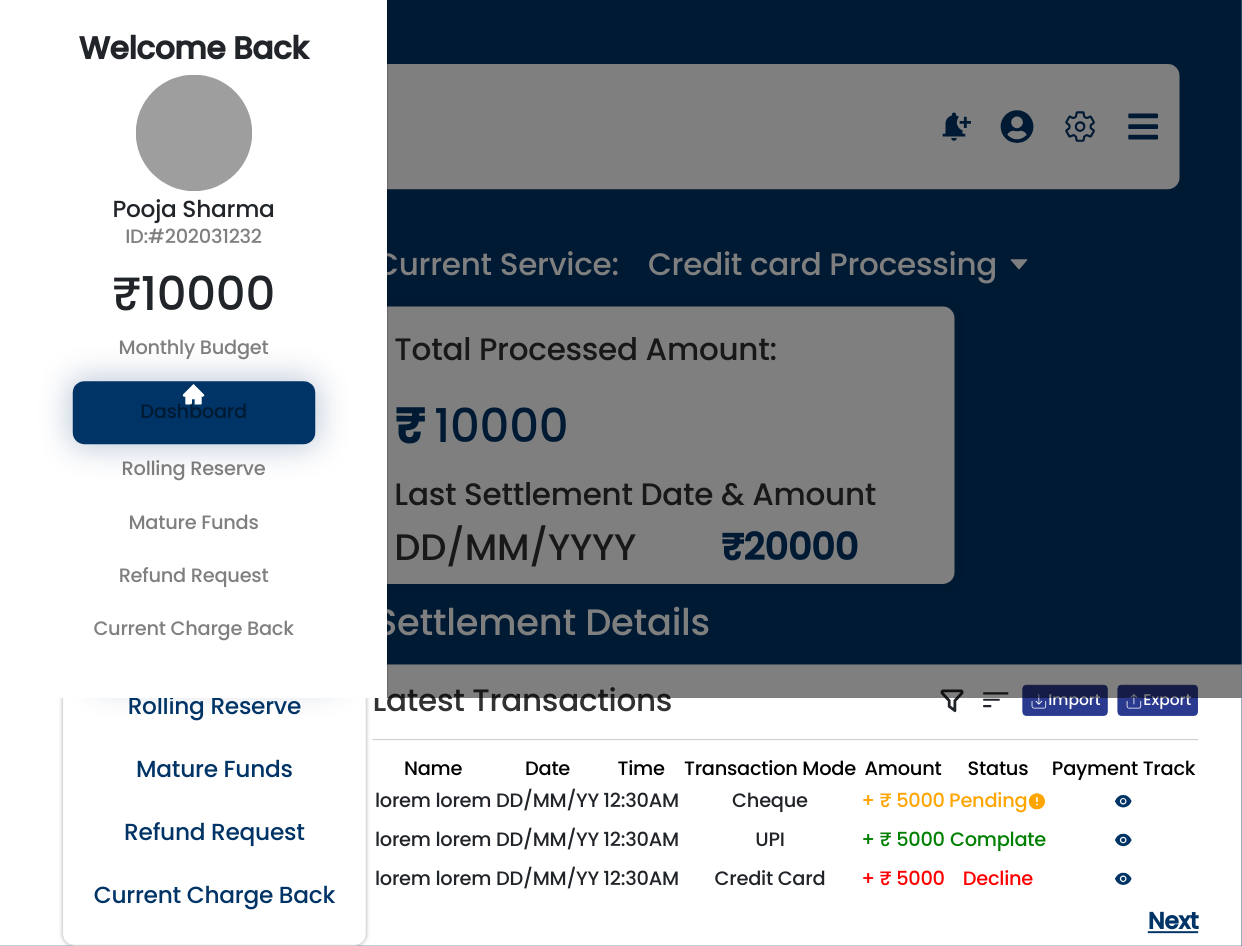
Repository: FlyweisReact/Prashant
Page: /dashboard, after clicking the first element matching `svg.bars`
An editor plug-in stored every save of this project. The page is shown before and after the next save, followed by the edit.
The browser window is 1280 px wide. The pictures show the whole page, at 97% of full size.
Pictures or frames that could not be fetched are drawn as grey boxes. Some web libraries are served in a nearby version. The project was rebuilt for these pictures with package versions that can differ from the ones it lists, and the page was loaded fresh each time. Also part of the build but not shown: src/Pages/CryptoPayment.jsx, src/Pages/CurrentCharge.jsx, src/Styles/Login.module.css, src/Components/Login/LoginFirstSection.jsx, src/Components/Login/LoginMainSection.jsx, src/Pages/Login.jsx, src/Pages/MatureFund.jsx, src/Pages/OpenBanking.jsx and 12 more.

Above is the page before, as saved 2023-03-23 18:08:06.

### public/index.html
<!DOCTYPE html>
<html lang="en">
  <head>
    <meta charset="utf-8" />
    <link rel="icon" href="%PUBLIC_URL%/favicon.ico" />
    <meta name="viewport" content="width=device-width, initial-scale=1" />
    <meta name="theme-color" content="#000000" />
    <meta
      name="description"
      content="Web site created using create-react-app"
    />
    <link rel="apple-touch-icon" href="%PUBLIC_URL%/logo192.png" />
    <link rel="manifest" href="%PUBLIC_URL%/manifest.json" />
    <title>React App</title>
  </head>
  <body>
    <noscript>You need to enable JavaScript to run this app.</noscript>
    <div id="root"></div>
  </body>
  <style>
    @import url("https://fonts.googleapis.com/css2?family=Lilita+One&family=PT+Sans&family=Poppins:wght@500&display=swap");
  </style>
  <script src="https://kit.fontawesome.com/b533b351e4.js" crossorigin="anonymous"></script>
</html>

### src/App.css
/** @format */

.App {
  text-align: center;
}

.App-logo {
  height: 40vmin;
  pointer-events: none;
}
.font-poppins {
  font-family: "Poppins";
}

@media (prefers-reduced-motion: no-preference) {
  .App-logo {
    animation: App-logo-spin infinite 20s linear;
  }
}

.App-header {
  background-color: #282c34;
  min-height: 100vh;
  display: flex;
  flex-direction: column;
  align-items: center;
  justify-content: center;
  font-size: calc(10px + 2vmin);
  color: white;
}

.App-link {
  color: #61dafb;
}

@keyframes App-logo-spin {
  from {
    transform: rotate(0deg);
  }
  to {
    transform: rotate(360deg);
  }
}


/* Normal Css */
.NotificationModal .NotificationModalFirst{
    margin-top: 5px;
    display: flex;
    align-items: center;
    justify-content: space-between;
}
 .NotificationModal .NotificationModalFirst h1{
font-family: 'Poppins';
font-style: normal;
font-weight: 500;
font-size: 24px;
line-height: 18px;
letter-spacing: -0.28px;
color: #000000;
}

.NotificationModal .close {
  position: relative;
  width: 100%;
  height: 40px;
}
.NotificationModal .fa-x{
  position: absolute;
  right: 0px;
  font-size: 22px;
  cursor: pointer;
}
.NotificationModal p{
  font-family: 'Poppins';
  font-style: normal;
  font-weight: 500;
  font-size: 20px;
  line-height: 18px;
  letter-spacing: -0.28px;
  color: #000000;
}

.NotificationModal .NotificationDiv div h1{
  font-family: 'Poppins';
font-style: normal;
font-weight: 400;
font-size: 16px;
line-height: 18px;
letter-spacing: -0.28px;
width: 70%;
}
.NotificationModal .NotificationDiv div p{
  font-family: 'Poppins';
font-style: normal;
font-weight: 300;
font-size: 10px;
line-height: 18px;
letter-spacing: -0.28px;

color: rgba(0, 0, 0, 0.5);
}
.NotificationModal .NotificationDiv div div{
  display: flex;
  justify-content: space-between;
  align-items: center;
}
.NotificationModal .NotificationDiv div div p{
  font-family: 'Poppins';
font-style: normal;
font-weight: 400;
font-size: 12px;
line-height: 18px;
letter-spacing: -0.28px;
margin: 0;
color: rgba(0, 0, 0, 0.5);
}
.NotificationModal .Time{
  font-family: 'Poppins';
  font-style: normal;
  font-weight: 400;
  font-size: 12px;
  line-height: 18px;
  letter-spacing: -0.28px;
  color:  #003466;
}

.NotificationModal .NotificationDiv{
  display: flex;
align-items: center;
gap: 20px;
}
.NotificationModal .NotificationDiv div img{
  width: 60px;
height: 60px;
border-radius: 50%;
}

.modal.fade .modal-dialog .modal-content{
  border-radius: 0px;
}

/* .bars{
  display: none;
} */




.offSideBarMain {
padding: 10px;
text-align: center;
}
.offSideBarMain  h1{
  text-align: center;
  font-family: 'Poppins';
font-style: normal;
font-weight: 700;
font-size: 32px;
margin-top: 5px;
letter-spacing: -0.28px;
}
.offSideBarMain  div{
  width: 100%;
}
.offSideBarMain  div div{
  text-align: center;
}
.offSideBarMain .upper img{
  width: 120px;
height: 120px;
  border-radius: 50%;
}
.offSideBarMain  div div h1{
  font-family: 'Poppins';
font-style: normal;
font-weight: 500;
font-size: 24px;
letter-spacing: -0.28px;
}
.offSideBarMain  div div p{
  font-family: 'Poppins';
font-style: normal;
margin-top: -10px;
font-weight: 300;
font-size: 20px;
line-height: 30px;
letter-spacing: -0.28px;
color: rgba(0, 0, 0, 0.5);
}
.offSideBarMain .TotalBudgetDiv{
  display: flex;
  align-items: center;
  gap: 20px;
  margin: 15px;
}


.offSideBarMain .LinkBox{
  /* display: flex; */
  /* flex-direction: column; */
  text-align: center;
  margin-top: 20px;
}
.offSideBarMain .LinkBox a{
  text-decoration: none;
}
.offSideBarMain .active{
  width: 250px;
  height: 65px;
  padding-left: 10px;
  padding-right: 10px;
  background: #003466;
  box-shadow: 0px 0px 32px 4px rgba(0, 52, 102, 0.25);
  border-radius: 12px;
  display: flex;
  color: white !important;
  justify-content: center;
  align-items: center;
  gap: 5px;
  display: block;
  margin: auto;
  margin-top: 20px;
  margin-bottom: 20px;
}

.offSideBarMain .ruppes{
  text-align: center;
  font-size: 48px;
  margin-bottom: 20px;
}
.offSideBarMain .unactive{
  margin-top: 20px;
  width: 250px;
  height: 65px;
  display: flex;
  display: block;
  margin: auto;
  color:#003466;
  justify-content: center;
  align-items: center;
  gap: 5px;
}
.offSideBarMain .unactive,.active p{
  font-family: 'Poppins';
font-style: normal;
font-weight: 500;
font-size: 24px;
line-height: 36px;
letter-spacing: -0.28px;
}











/* Media Query */
@media (max-width: 780px) {
  .Login_MainDiv__AWrd2 {
    display: block !important;
  }
  .Login_MainDiv__AWrd2 > div {
    width: 100% !important;
    height: 700px !important;
  }
  .Login_LoginMainSection__Yyq5T > div {
    width: 100% !important;
    border-radius: 0px !important;
    box-shadow: none !important;
  }

  .Register_RegisterMainDiv__Hok-C {
    display: block !important;
    width: 100% !important;
  }

  .Register_RegisterFirstSection__0bCb6 > p {
    text-align: center;
    display: block;
    width: 500px;
  }

  .myHr {
    max-width: 400px !important;
    margin: auto !important;
    display: block !important;
  }
  .smallImage {
    width: 100% !important;
  }
  .Register_RegisterMainDiv__Hok-C > div:first-child {
    width: 100% !important;
  }
  .Register_RegisterMainDiv__Hok-C > div:last-child {
    width: 100% !important;
  }
  .Register_InputBoxMain__6Dvtf {
    margin-left: 60px;
  }

  .Register_RegisterTitle__dGsqQ {
    justify-content: center;
  }

  .RegisterTwo_RegisterMainDiv__Oc9\+U {
    display: block !important;
  }
  .RegisterTwo_RegisterMainDiv__Oc9\+U > div:first-child {
    width: 100% !important;
  }

  .RegisterTwo_RegisterMainDiv__Oc9\+U > div:last-child {
    width: 100% !important;
  }

    .bars{
      display: block;
    }
}

### src/Routes/AllRoutes.jsx
import React from "react";
import { Route, Routes } from "react-router-dom";
import { CryptoPayment } from "../Pages/CryptoPayment";
import { CurrentCharge } from "../Pages/CurrentCharge";
import { Dashboard } from "../Pages/Dashboard";
import { Login } from "../Pages/Login";
import { MatureFund } from "../Pages/MatureFund";
import { OpenBanking } from "../Pages/OpenBanking";
import { OtpPage } from "../Pages/OtpPage";
import { Profile } from "../Pages/Profile";
import { RefundRequest } from "../Pages/RefundRequest";
import { Register } from "../Pages/Register";
import { RegisterTwo } from "../Pages/RegisterTwo";
import { RollingReserve } from "../Pages/RollingReserve";

export const AllRoutes = () => {
  return (
    <Routes>
      <Route path="/" element={<Login />} />
      <Route path="/verify-otp" element={<OtpPage />} />
      <Route path="/dashboard" element={<Dashboard />} />
      <Route path="/register" element={<Register />} />
      <Route path="/detail-register" element={<RegisterTwo />} />
      <Route path="/profile" element={<Profile />} />
      <Route path="/rolling-reserve" element={<RollingReserve />} />
      <Route path="/mature-fund" element={<MatureFund />} />
      <Route path="/refund-request" element={<RefundRequest />} />
      <Route path="/current-charge" element={<CurrentCharge />} />
      <Route path="open-banking-service" element={<OpenBanking />} />
      <Route path="/crypto-payment-proccessing" element={<CryptoPayment />} />
    </Routes>
  );
};

### src/Components/SideBar.jsx
import React from "react";
import { AiFillHome } from "react-icons/ai";
import { Link, useLocation } from "react-router-dom";
import styles from "../Styles/SideBar.module.css";
export const SideBar = () => {
  const { pathname } = useLocation();
  return (
    <div className={styles.SideBarMain}>
      <h1>Welcome Back</h1>
      <div>
        <div>
          <img
            src="https://th.bing.com/th/id/OIP.2i5UaEHaQM3PYAYXQyM1AAAAAA?pid=ImgDet&rs=1"
            alt="img"
          />
          <h1>Pooja Sharma</h1>
          <p>ID:#202031232</p>
          <div className={styles.TotalBudgetDiv}>
            <h1>&#x20b9;</h1>
            <h1>10000</h1>
          </div>
          <p>Monthly Budget</p>
        </div>
      </div>
      <div className={styles.LinkBox}>
        <Link to={"/dashboard"}>
          <div
            className={
              pathname === "/dashboard" ? styles.active : styles.unactive
            }
          >
            <AiFillHome size={25} />
            <p>Dashboard</p>
          </div>
        </Link>
        <Link to={"/rolling-reserve"}>
          <div
            className={
              pathname === "/rolling-reserve" ? styles.active : styles.unactive
            }
          >
            <p>Rolling Reserve</p>
          </div>
        </Link>
        <Link to={"/mature-fund"}>
          <div
            className={
              pathname === "/mature-fund" ? styles.active : styles.unactive
            }
          >
            <p>Mature Funds</p>
          </div>
        </Link>
        <Link to={"/refund-request"}>
          <div
            className={
              pathname === "/refund-request" ? styles.active : styles.unactive
            }
          >
            <p>Refund Request</p>
          </div>
        </Link>
        <Link to={"/current-charge"}>
          <div
            className={
              pathname === "/current-charge" ? styles.active : styles.unactive
            }
          >
            <p>Current Charge Back</p>
          </div>
        </Link>
      </div>
    </div>
  );
};

### src/Components/TotalAmountSection.jsx
import React from "react";
import styles from "../Styles/TotalAmountSection.module.css";
export const TotalAmountSection = () => {
  return (
    <div className={styles.MainDiv}>
      <h1>Total Processed Amount:</h1>
      <div className={styles.TotalBudgetDiv}>
        <h1>&#x20b9;</h1>
        <h1>10000</h1>
      </div>
      <h1>Last Settlement Date & Amount</h1>
      <div className={styles.DateSection}>
        <div>
          <p>DD/MM/YYYY</p>
          <h2>&#x20b9;{20000}</h2>
        </div>
      </div>
    </div>
  );
};

### src/Components/CardProccessingModal.jsx
import React from "react";
import { MdOutlineClose } from "react-icons/md";
import { Link } from "react-router-dom";
import styles from "../Styles/CardProccessingModal.module.css";
export const CardProccessingModal = ({ OpenModal, HandleModal }) => {
  console.log(OpenModal);
  return (
    <div className={OpenModal ? styles.modalVisible : styles.modal}>
      <div className={styles.ModalMainDiv}>
        <MdOutlineClose
          onClick={() => HandleModal()}
          size={25}
          className={styles.CloseICon}
        />
        <div>
          <Link to={""}>Credit Card Processing</Link>
          <hr />
          <Link to={"/open-banking-service"}>Open Banking Service</Link>
          <hr />
          <Link to={"/crypto-payment-proccessing"}>
            Crypto payment processing
          </Link>
        </div>
      </div>
    </div>
  );
};

### src/Components/DeclineModal.jsx
import React from "react";
import { MdOutlineClose } from "react-icons/md";
import styles from "../Styles/DeclineModal.module.css";
import { IoMdCheckmarkCircle } from "react-icons/io";
import { RiErrorWarningFill } from "react-icons/ri";
import { BsCircleFill } from "react-icons/bs";
export const DeclineModal = ({ OpenModal, HandleModal }) => {
  return (
    <div className={OpenModal ? styles.modalVisible : styles.modal}>
      <div className={styles.ModalMainDiv}>
        <MdOutlineClose
          onClick={() => HandleModal()}
          size={25}
          className={styles.CloseICon}
        />
        <div>
          <h1>Payment Details</h1>
          <hr style={{ height: "4px", background: "white" }} />
          <div className={styles.paymentDetailMainDiv}>
            <div className={styles.PaymentDetails}>
              <div>
                <p>Transaction ID:</p>
                <p>545454545</p>
              </div>
              <div>
                <p>To:</p>
                <p>Loren loren Epsom ( Company Name)</p>
              </div>
              <div>
                <p>From:</p>
                <p>Loren loren Epsom (Merchant Company)</p>
              </div>
              <div>
                <p>Transaction Mode:</p>
                <p>Card</p>
              </div>
            </div>
            <div className={styles.paymentTimeline}>
              <p>Payment Timeline</p>
              <div>
                <div className={styles.VerticalLine}></div>
                <div className={styles.PaymentStatus}>
                  <IoMdCheckmarkCircle
                    size={25}
                    className={styles.Icons}
                    color="green"
                  />
                  <p>Payment Started</p>
                </div>
                <div className={styles.PaymentStatus}>
                  <RiErrorWarningFill
                    size={25}
                    className={styles.Icons}
                    color="red"
                  />
                  <p>Payment Failed To complete</p>
                </div>
                <div className={styles.PaymentStatus}>
                  <BsCircleFill
                    size={25}
                    className={styles.Icons}
                    color="white"
                  />
                  <p>Payment Successful</p>
                </div>
              </div>
              <hr />
              <div className={styles.ReasonsDiv}>
                <p>Reason:</p>
                <p> Account Coded (Credit Rating) </p>
              </div>
              <div className={styles.ReasonsDiv}>
                <p>Code:</p>
                <p> 505 </p>
              </div>
              <div className={styles.ReasonsDiv}>
                <p>Description:</p>
                <p>
                  {" "}
                  The account the customer used for the attempted transaction
                  has a negative credit rating.{" "}
                </p>
              </div>
            </div>
          </div>
        </div>
      </div>
    </div>
  );
};

### src/Styles/SideBar.module.css
.SideBarMain{
    position: absolute;
    width: 314px;
/* height: 789px; */
left: 25%px;
top: 35%;
background: #FFFFFF;
border: 1px solid #D9D9D9;
box-shadow: 0px 0px 4px rgba(0, 0, 0, 0.25);
border-radius: 12px;
padding: 10px;
}
.SideBarMain>h1{
    text-align: center;
    font-family: 'Poppins';
font-style: normal;
font-weight: 700;
font-size: 32px;
margin-top: 5px;
letter-spacing: -0.28px;
}
.SideBarMain>div{
    width: 100%;
    display: flex;
    align-items: center;
    justify-content: center;
}
.SideBarMain>div>div{
    text-align: center;
}
.SideBarMain>div>div>img{
    width: 120px;
height: 121px;
    border-radius: 50%;
}
.SideBarMain>div>div>h1{
    font-family: 'Poppins';
font-style: normal;
font-weight: 500;
font-size: 24px;
letter-spacing: -0.28px;
}
.SideBarMain>div>div>p{
    font-family: 'Poppins';
font-style: normal;
margin-top: -10px;
font-weight: 300;
font-size: 20px;
line-height: 30px;
letter-spacing: -0.28px;
color: rgba(0, 0, 0, 0.5);
}
.TotalBudgetDiv{
    display: flex;
    align-items: center;
    gap: 20px;
    margin: 15px;
}
.TotalBudgetDiv>h1:first-child{
    font-family: 'Poppins';
font-style: normal;
font-weight: 700;
font-size: 48px;
line-height: 72px;
letter-spacing: -0.28px;
}
.TotalBudgetDiv>h1{
    font-family: 'Poppins';
    font-style: normal;
    font-weight: 500;
    font-size: 48px;
    line-height: 72px;
    margin: 0;
    letter-spacing: -0.28px;
}
.LinkBox{
    display: flex;
    flex-direction: column;
    margin-top: 20px;
}
.LinkBox>a{
    text-decoration: none;
}
.active{
    width: 250px;
    height: 65px;
    padding-left: 10px;
    padding-right: 10px;
    background: #003466;
    box-shadow: 0px 0px 32px 4px rgba(0, 52, 102, 0.25);
    border-radius: 12px;
    display: flex;
    color: white;
    justify-content: center;
    align-items: center;
    gap: 5px;

}
.unactive{
    width: 250px;
    height: 65px;
    display: flex;

    color:#003466;
    justify-content: center;
    align-items: center;
    gap: 5px;
}
.unactive,.active >p{
    font-family: 'Poppins';
font-style: normal;
font-weight: 500;
font-size: 24px;
line-height: 36px;
letter-spacing: -0.28px;
}

### src/Styles/TotalAmountSection.module.css
.MainDiv{
    display:flex;
    flex-direction: column;
    margin-top: 20px;
    width: 72%;
height: 286px;
background: #FFFFFF;
box-shadow: 0px 0px 10px rgba(0, 52, 102, 0.3);
border-radius: 12px;
}
.MainDiv>h1{
    font-family: 'Poppins';
    font-style: normal;
    font-weight: 500;
    font-size: 32px;
    line-height: 48px;
    letter-spacing: -0.28px;
    color: #333131;
    margin: 20px;
}
.TotalBudgetDiv{
    display: flex;
    align-items: center;
    gap: 30px;
    margin-left: 20px;
  margin-top: -30px;
  margin-bottom: -40px;
}
.TotalBudgetDiv>h1:first-child{
    font-family: 'Poppins';
font-style: normal;
font-weight: 700;
margin: 0;
font-size: 50px;
line-height: 72px;
letter-spacing: -0.28px;
color: #003466;
}
.TotalBudgetDiv>h1{
    font-family: 'Poppins';
    font-style: normal;
    font-weight: 500;
    font-size: 48px;
    line-height: 72px;
    margin: 0;
    letter-spacing: -0.28px;
    color: #003466;
}
.DateSection>div{
    width: 80%;
    margin-top: -50px;
    /* background-color: rebeccapurple; */
    display: flex;
    justify-content: space-between;
    align-items: center;
    margin-left: 20px;
}
.DateSection>div>p{
   font-family: 'Poppins';
font-style: normal;
font-weight: 500;
font-size: 38px;
line-height: 60px;
/* identical to box height */
margin: 0;
letter-spacing: -0.28px;
color: #333131;
}
.DateSection>div>h2{
    margin: 0;
    font-family: 'Poppins';
font-style: normal;
font-weight: 600;
font-size: 38px;
line-height: 60px;
letter-spacing: -0.28px;
color: #003466;
}

### src/Styles/CardProccessingModal.module.css
.modal{
    display: none;
  position: fixed;
  z-index: 1;
  left: 0%;
  top: 0;
  width: 100%;
  height: 100%;
  overflow: auto;
  background-color: rgb(0,0,0);
  background-color: rgba(0,0,0,0.4);
}
.modalVisible{
    display :block;
    position: fixed;
    z-index: 1;
    left: 0%;
    top: 0;
    width: 100%;
    height: 100%;
    /* margin-bottom: 20px; */
    overflow: auto;
    background-color: rgb(0,0,0);
    background-color: rgba(0,0,0,0.4);
}
.CloseICon{
    position: absolute;
    right: 3%;
    top: 5%;
    cursor: pointer;
}
.MainTitle{
    display: flex;
    border: 1px solid blue;
}
.ModalMainDiv{
    position:absolute;
    margin: auto;
    /* width: 435px; */
height: 221px;
background: #FFFFFF;
border-radius: 4px;

    top: 38%;
    left: 60%;

}
.ModalMainDiv>div{
    margin: 30px;
}
.ModalMainDiv>div>a{
    text-decoration: none;
    height: 50px;
    font-family: 'Poppins';
font-style: normal;
font-weight: 500;
font-size: 32px;
line-height: 40px;
letter-spacing: -0.28px;

color: #333333;
}

Loaded but not shown: src/index.css (common file); src/reportWebVitals.js (common file); src/index.js (18 lines, source omitted); src/App.js (13 lines, source omitted); src/Components/Dashboard/UserInfoPopUp.jsx (216 lines, source omitted); src/Pages/Dashboard.jsx (184 lines, source omitted); src/Styles/Dashboard.module.css (205 lines, source omitted); src/Components/PaymentPendingModal.jsx (96 lines, source omitted); src/Styles/PaymentPendingModal.module.css (195 lines, source omitted); src/Styles/DeclineModal.module.css (195 lines, source omitted)

After the next save:
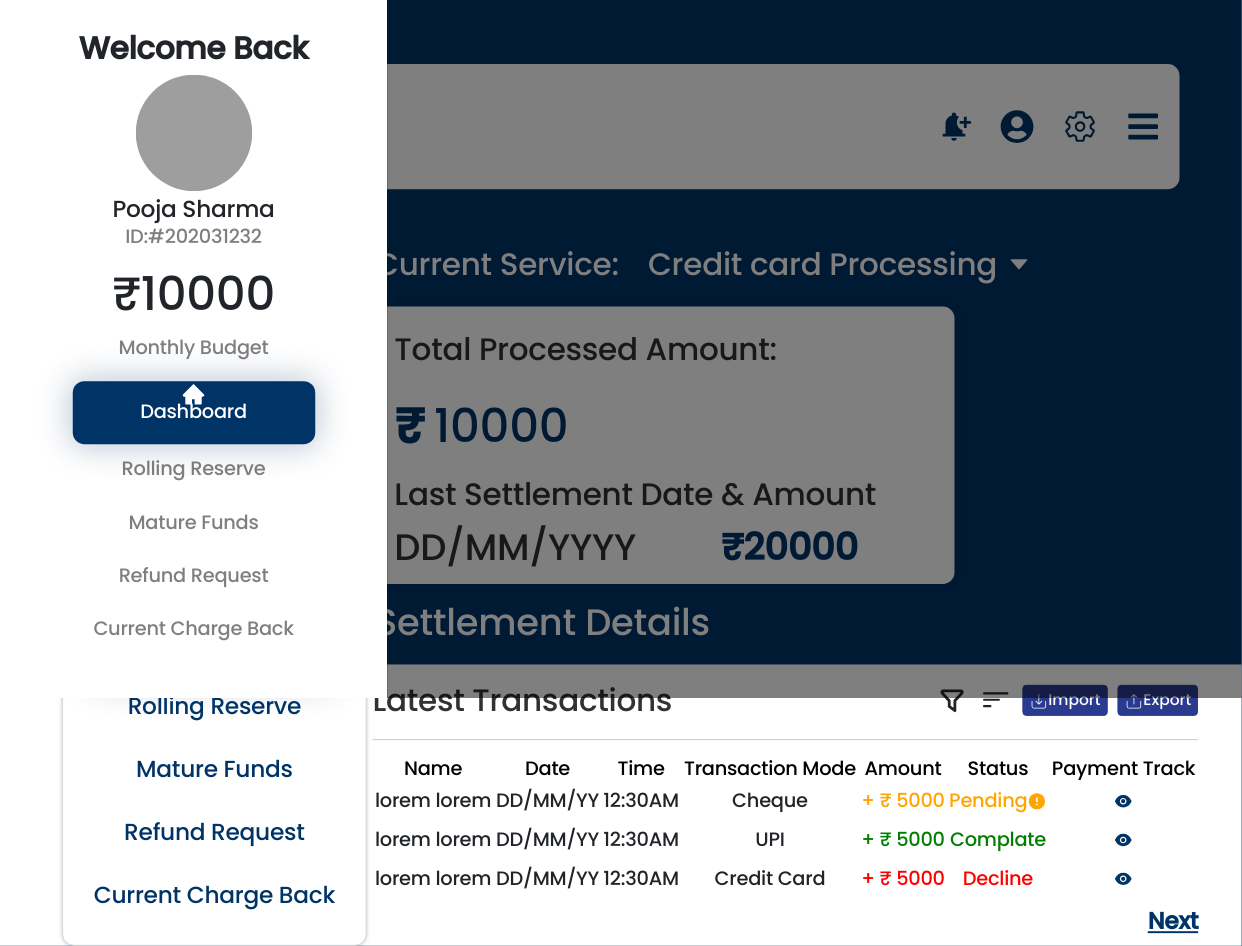
Saved 8 s later.
--- a/src/App.css
+++ b/src/App.css
@@ -223,6 +223,9 @@ color: rgba(0, 0, 0, 0.5);
   margin-top: 20px;
   margin-bottom: 20px;
 }
+.offSideBarMain .active p {
+  color: #fff;
+}
 
 .offSideBarMain .ruppes{
   text-align: center;
